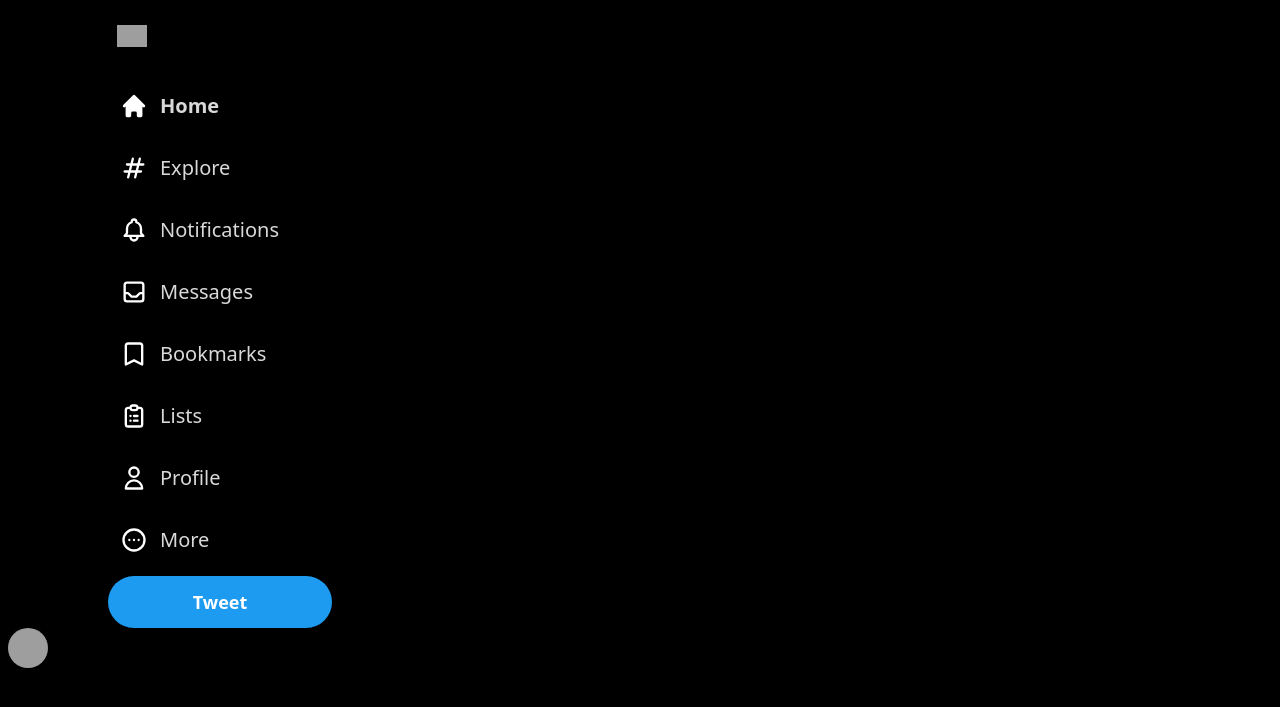
Repository: Kotilasco/kuly-twitter
Page: /
An editor plug-in stored every save of this project. The page is shown before and after the next save, followed by the edit.
The browser window is 1280 px wide. The pictures show the whole page.
Pictures or frames that could not be fetched are drawn as grey boxes. The project was rebuilt for these pictures with package versions that can differ from the ones it lists, and the page was loaded fresh each time. The framework's server and built-in components were replaced by stand-ins that run in the browser. Also part of the build but not shown: next.config.js.

Above is the page before, as saved 2022-06-12 02:02:20.

After the next save:
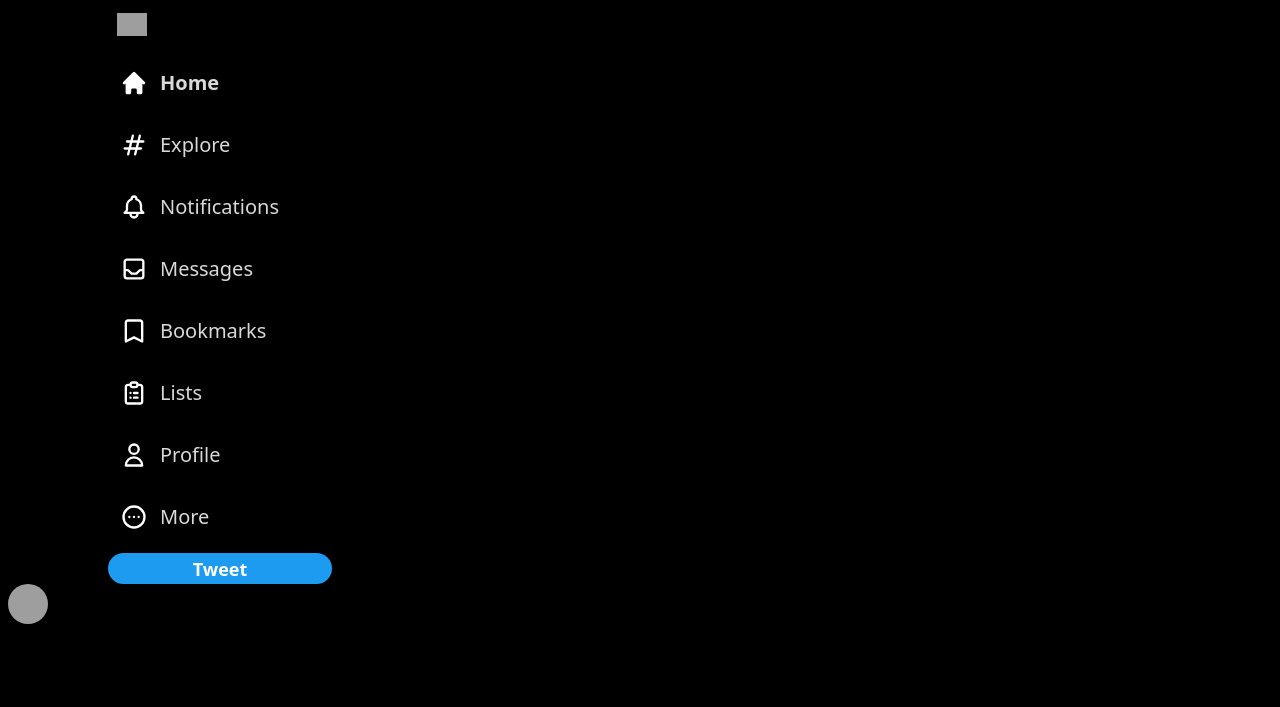
Saved 22 s later.
--- a/components/Sidebar.js
+++ b/components/Sidebar.js
@@ -40,7 +40,7 @@
         <div>
         <img src="https://www.gstatic.com/mobilesdk/160503_mobilesdk/logo/2x/firebase_28dp.png" alt=""
         className="h-10 w-10 rounded-full xl:mr-2.5 " />
-        <div className="hidden xl:inline leading-5">
+        <div className="hidden xl:inline leading-5 hoverAnimation">
             <h4>firebase 0405</h4>
             <p>@firebase0405</p>
         </div>
